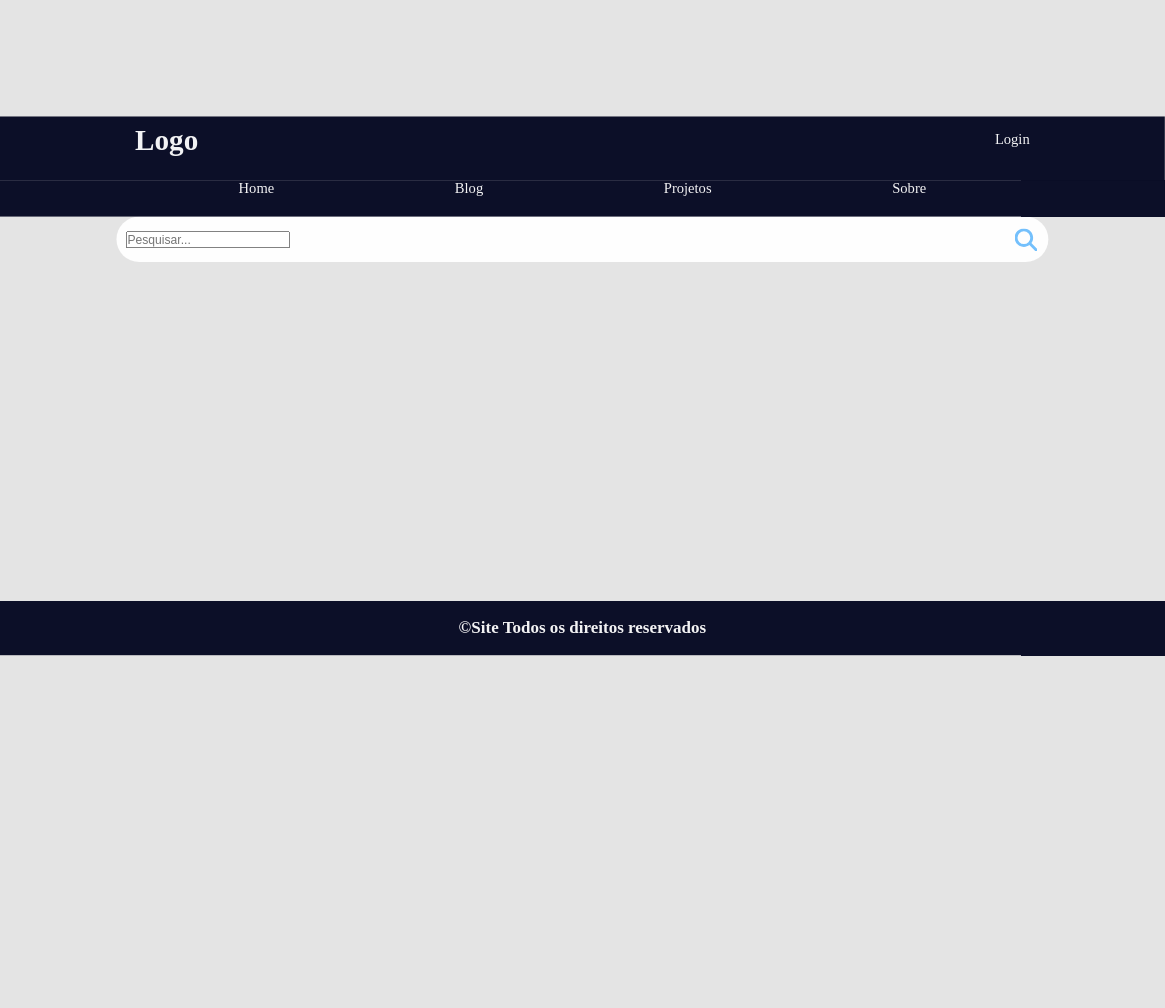
Repository: SauloMorais01/mysitefront-end
Page: src/pages/blog.html
An editor plug-in stored every save of this project. The page is shown before and after the next save, followed by the edit.
The browser window is 1280 px wide. The pictures show the whole page, at 91% of full size.
Some web libraries are served in a nearby version.

Above is the page before, as saved 2024-11-03 13:46:33.

After the next save:
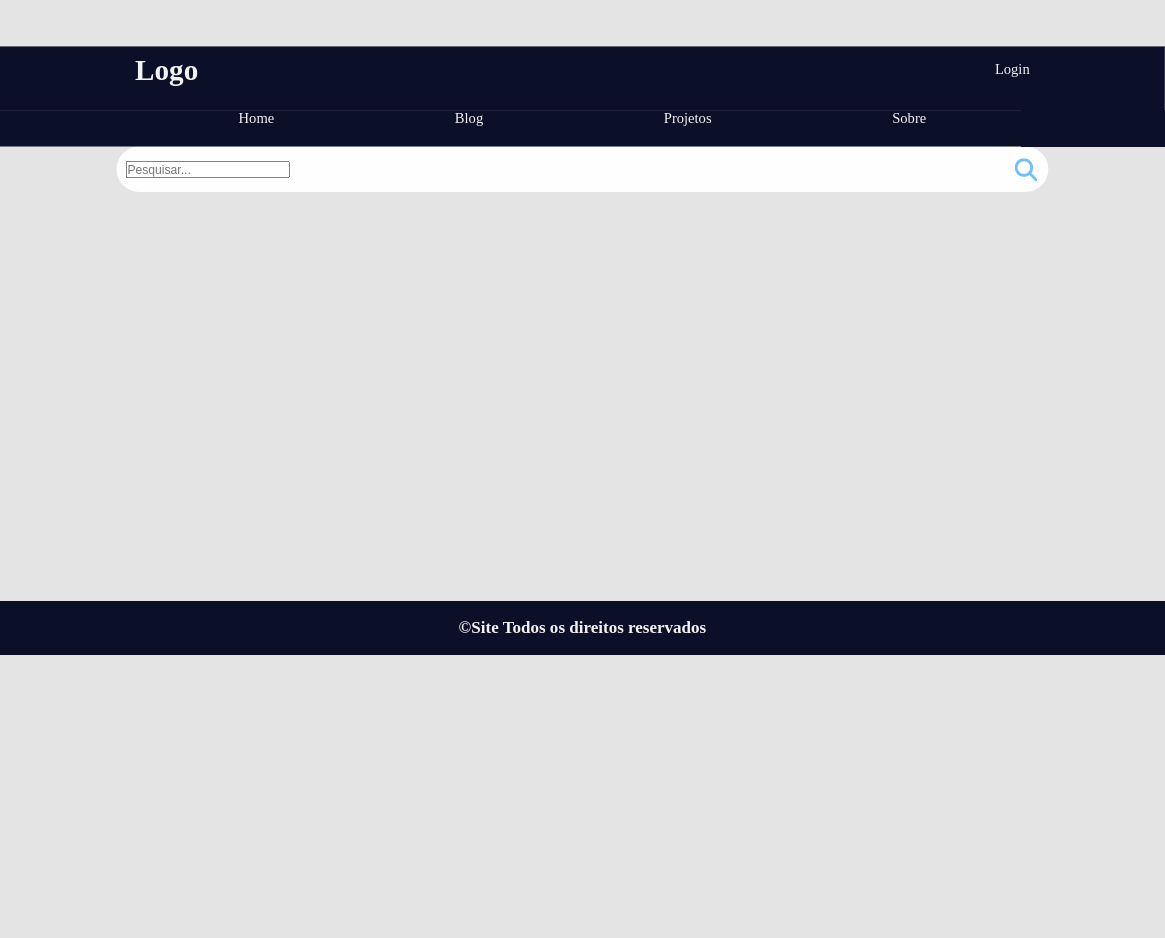
Saved 2 min 3 s later.
--- a/src/pages/blog.html
+++ b/src/pages/blog.html
@@ -9,7 +9,7 @@
     <script src="https://kit.fontawesome.com/0869671a59.js" crossorigin="anonymous"></script>
 </head>
 <body>
-    <div class="divisor-top" style="padding: 5%;"></div>
+    <div class="divisor-top" style="padding: 2%;"></div>
 
     <header class="primary-color hd-color-white">
         <div class="container">
